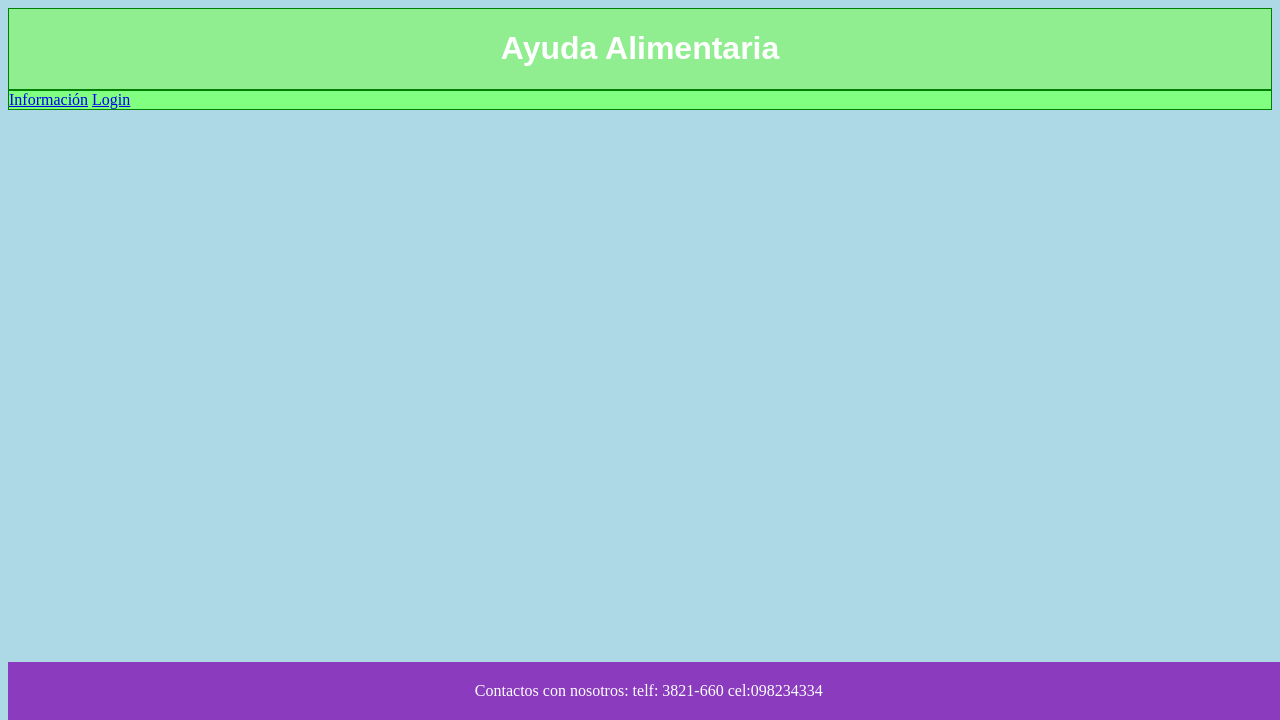
Repository: sonicspeed1/examen1_codigo_bryansantillan
Page: http://localhost/examen_1_bryan_santillan/home.jsp
These files come from the project's save history. The page is drawn as it stood at one moment and after the next save; the edit follows.
The browser window is 1280 px wide. The pictures show the whole page.
The page is served by Tomcat 9.

Above is the page before, as saved 2024-05-29 04:38:45.

After the next save:
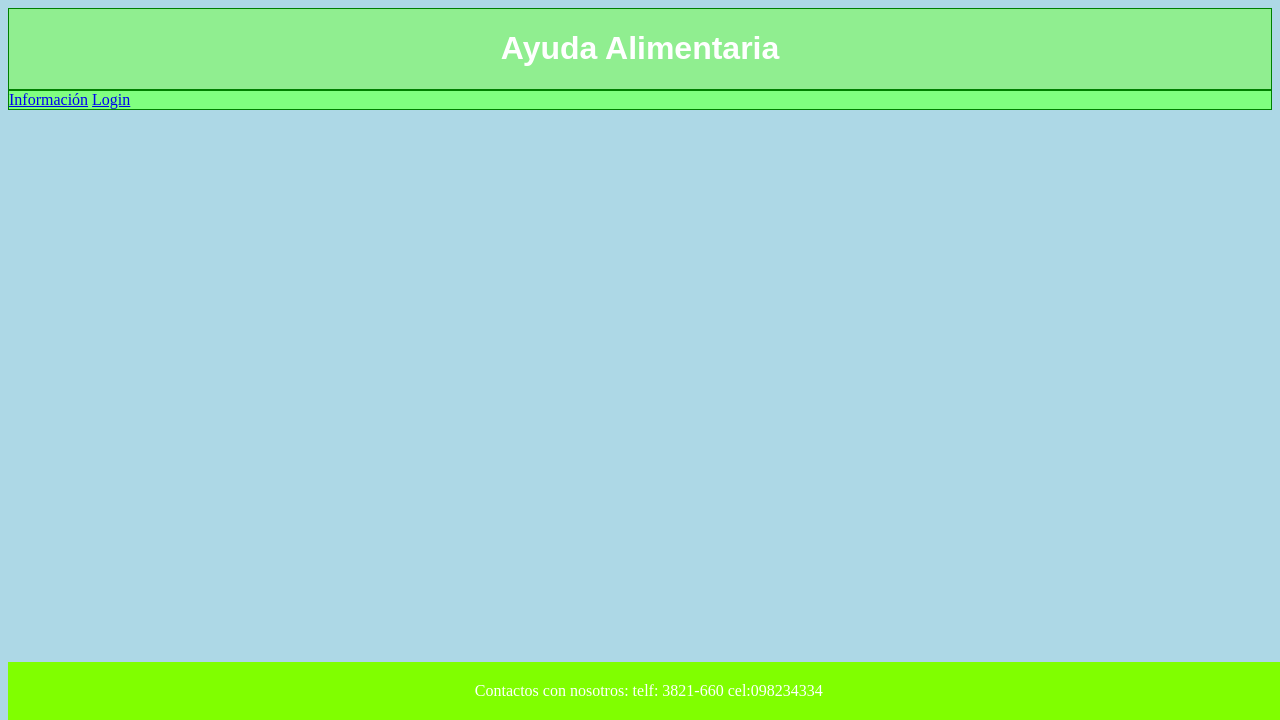
Saved 32 s later.
--- a/examen_1_bryan_santillan/src/main/webapp/estilo.css
+++ b/examen_1_bryan_santillan/src/main/webapp/estilo.css
@@ -84,7 +84,7 @@
 }
 
 .footer {
-    background-color: #8a3bbe;
+    background-color: rgb(128, 255, 0);
     color: #fff;
     padding: 20px;
     text-align: center;
